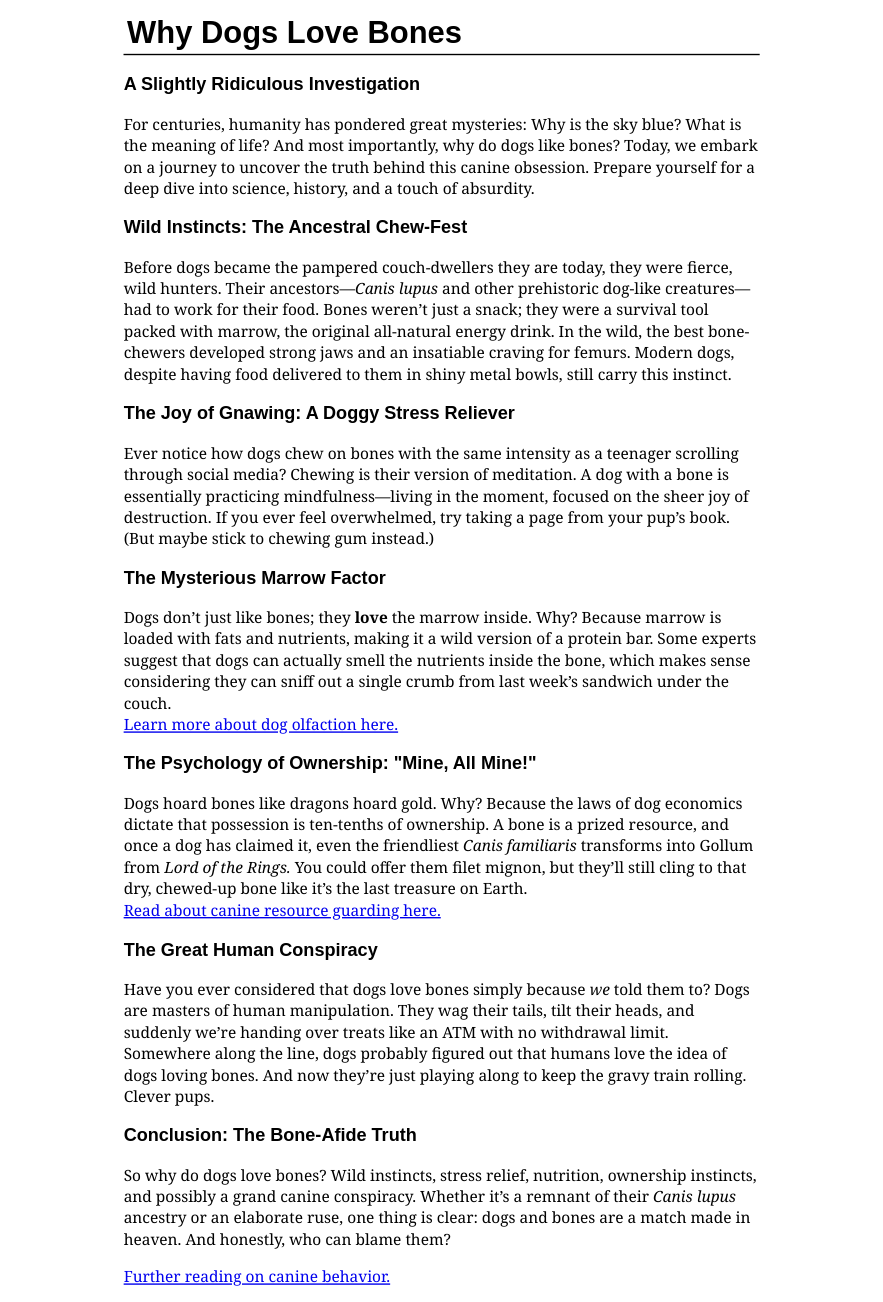
Repository: Leith-vdl/apprentice-challenge-1
Page: index.html
An editor plug-in stored every save of this project. The page is shown before and after the next save, followed by the edit.
The browser window is 1280 px wide. The pictures show the whole page, at 69% of full size.

Above is the page before, as saved 2025-01-31 15:21:07.

After the next save:
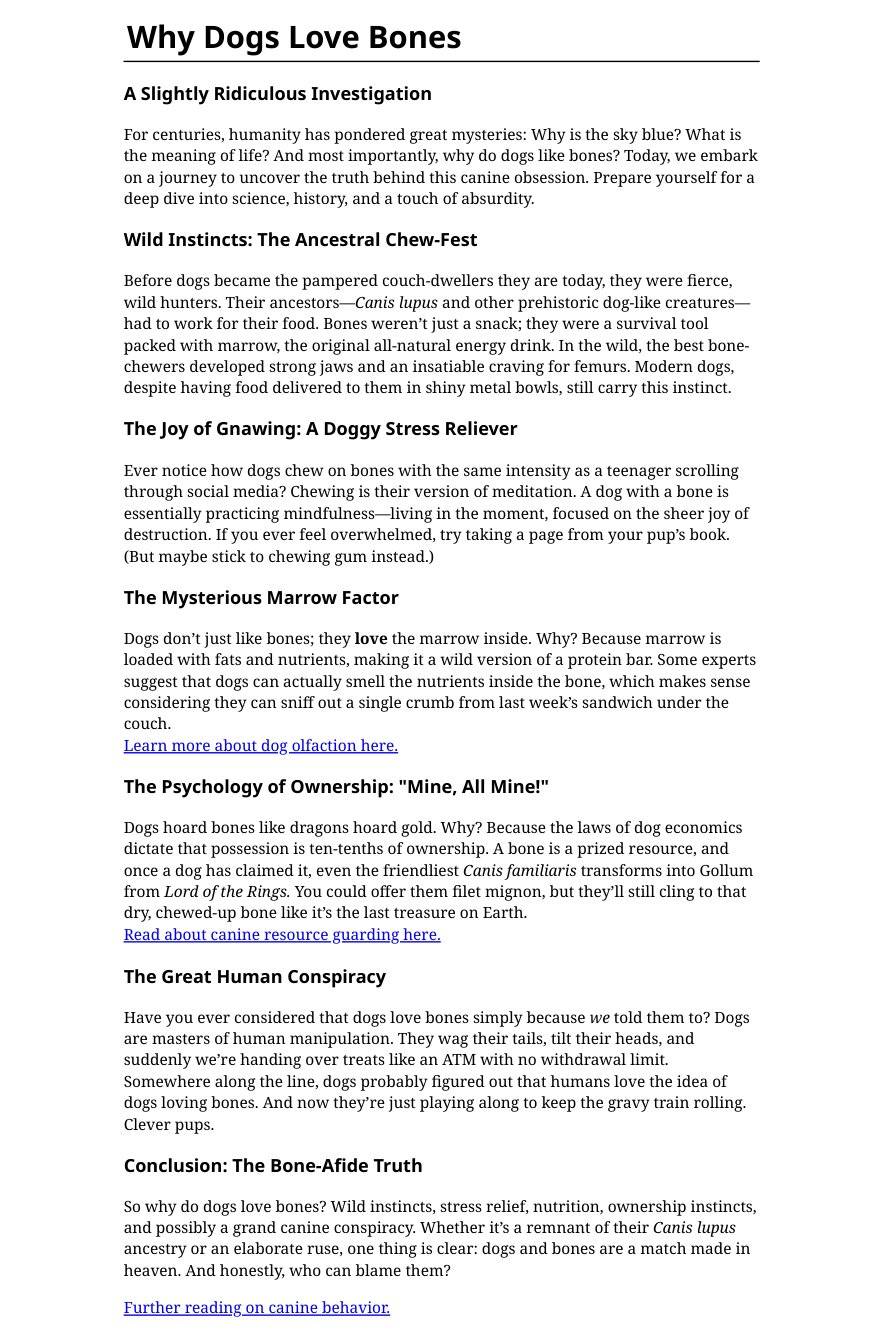
Saved 25 s later.
--- a/styles/styles.css
+++ b/styles/styles.css
@@ -13,5 +13,5 @@ h1.page-header-title {
 }
 
 h1.page-header-title, h3.section-title {
-    font-family: Arial, Helvetica, sans-serif;
+    font-family: 'Segoe UI', Tahoma, Geneva, Verdana, sans-serif
 }
